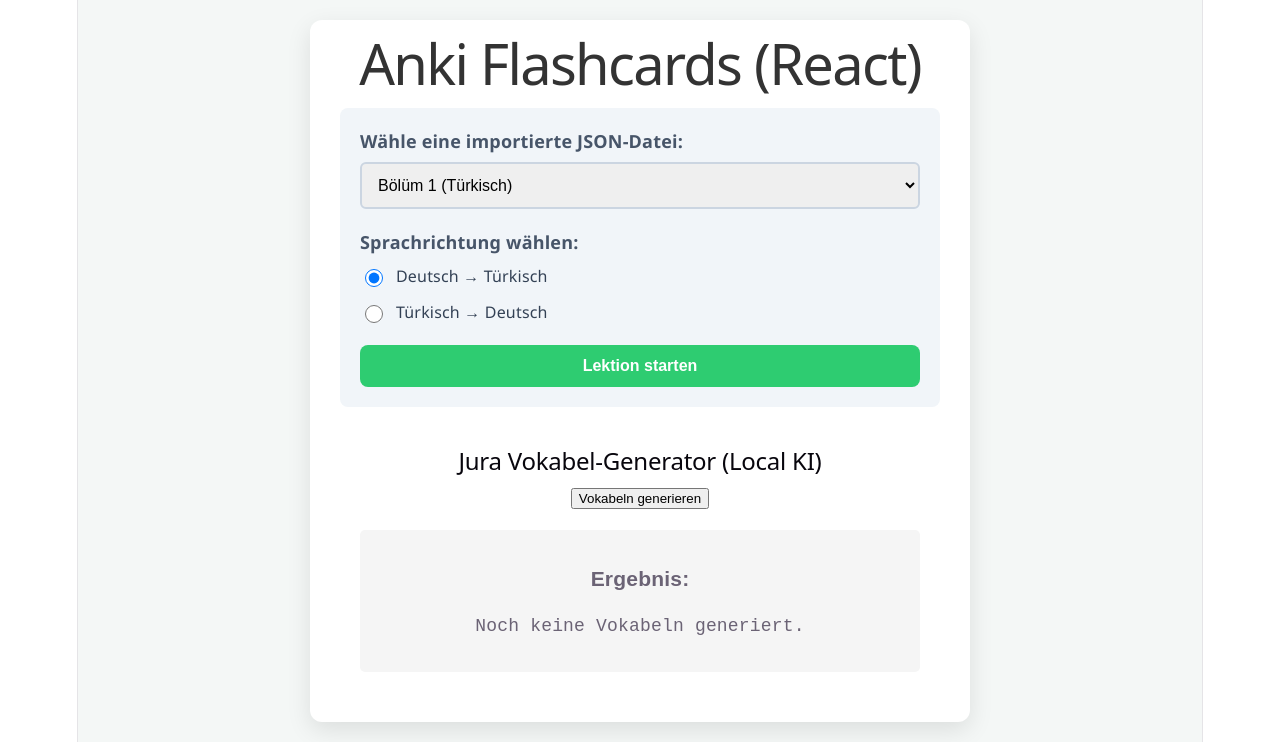
Repository: NoelPreissler/AnkiApp
Page: /
An editor plug-in stored every save of this project. The page is shown before and after the next save, followed by the edit.
The browser window is 1280 px wide. The pictures show the whole page.
The project was rebuilt for these pictures with package versions that can differ from the ones it lists, and the page was loaded fresh each time. Also part of the build but not shown: vite.config.js.

Above is the page before, as saved 2026-06-21 14:53:19.

### index.html
<!doctype html>
<html lang="en">
  <head>
    <meta charset="UTF-8" />
    <link rel="icon" type="image/svg+xml" href="/favicon.svg" />
    <meta name="viewport" content="width=device-width, initial-scale=1.0" />
    <title>my-app</title>
  </head>
  <body>
    <div id="root"></div>
    <script type="module" src="/src/main.jsx"></script>
  </body>
</html>

### src/index.css
:root {
  --text: #6b6375;
  --text-h: #08060d;
  --bg: #fff;
  --border: #e5e4e7;
  --code-bg: #f4f3ec;
  --accent: #aa3bff;
  --accent-bg: rgba(170, 59, 255, 0.1);
  --accent-border: rgba(170, 59, 255, 0.5);
  --social-bg: rgba(244, 243, 236, 0.5);
  --shadow:
    rgba(0, 0, 0, 0.1) 0 10px 15px -3px, rgba(0, 0, 0, 0.05) 0 4px 6px -2px;

  --sans: system-ui, 'Segoe UI', Roboto, sans-serif;
  --heading: system-ui, 'Segoe UI', Roboto, sans-serif;
  --mono: ui-monospace, Consolas, monospace;

  font: 18px/145% var(--sans);
  letter-spacing: 0.18px;
  color-scheme: light dark;
  color: var(--text);
  background: var(--bg);
  font-synthesis: none;
  text-rendering: optimizeLegibility;
  -webkit-font-smoothing: antialiased;
  -moz-osx-font-smoothing: grayscale;

  @media (max-width: 1024px) {
    font-size: 16px;
  }
}

@media (prefers-color-scheme: dark) {
  :root {
    --text: #9ca3af;
    --text-h: #f3f4f6;
    --bg: #16171d;
    --border: #2e303a;
    --code-bg: #1f2028;
    --accent: #c084fc;
    --accent-bg: rgba(192, 132, 252, 0.15);
    --accent-border: rgba(192, 132, 252, 0.5);
    --social-bg: rgba(47, 48, 58, 0.5);
    --shadow:
      rgba(0, 0, 0, 0.4) 0 10px 15px -3px, rgba(0, 0, 0, 0.25) 0 4px 6px -2px;
  }

  #social .button-icon {
    filter: invert(1) brightness(2);
  }
}

body {
  margin: 0;
}

#root {
  width: 1126px;
  max-width: 100%;
  margin: 0 auto;
  text-align: center;
  border-inline: 1px solid var(--border);
  min-height: 100svh;
  display: flex;
  flex-direction: column;
  box-sizing: border-box;
}

h1,
h2 {
  font-family: var(--heading);
  font-weight: 500;
  color: var(--text-h);
}

h1 {
  font-size: 56px;
  letter-spacing: -1.68px;
  margin: 32px 0;
  @media (max-width: 1024px) {
    font-size: 36px;
    margin: 20px 0;
  }
}
h2 {
  font-size: 24px;
  line-height: 118%;
  letter-spacing: -0.24px;
  margin: 0 0 8px;
  @media (max-width: 1024px) {
    font-size: 20px;
  }
}
p {
  margin: 0;
}

code,
.counter {
  font-family: var(--mono);
  display: inline-flex;
  border-radius: 4px;
  color: var(--text-h);
}

code {
  font-size: 15px;
  line-height: 135%;
  padding: 4px 8px;
  background: var(--code-bg);
}

### src/App.jsx
import React, { useState, useEffect } from 'react';
// Hier importierst du all deine JSON-Dateien direkt!
import VokabelGenerator from './KIVocabs';
import juraVocabs from './bolum1.json';
import ela from './bolum2.json';
import drei from './bolum3.json'

// Ein zentrales Objekt, das alle deine Lektionen bündelt
const LEKTIONEN = {
  'Bölüm 1 (Türkisch)': juraVocabs,
  'Ela Vokabeln': ela,
  'Intermediate': drei
  // 'Lektion 2': lektion2Vocabs, <-- Hier einfach weitere hinzufügen
};

export default function App() {
  const [selectedLektion, setSelectedLektion] = useState(Object.keys(LEKTIONEN)[0]);
  // Neue State-Variable für die Richtung: 'de-tr' oder 'tr-de'
  const [richtung, setRichtung] = useState('de-tr');
  const [deck, setDeck] = useState([]);
  const [currentIndex, setCurrentIndex] = useState(0);
  const [isShowingAnswer, setIsShowingAnswer] = useState(false);
  const [quizStarted, setQuizStarted] = useState(false);
  const [initialCount, setInitialCount] = useState(0);

  // Fortschritt aus dem LocalStorage wiederherstellen, falls vorhanden
  useEffect(() => {
    const savedDeck = localStorage.getItem('anki_react_deck');
    if (savedDeck) {
      const parsed = JSON.parse(savedDeck);
      if (parsed.length > 0) {
        setDeck(parsed);
        setQuizStarted(true);
        setInitialCount(parseInt(localStorage.getItem('anki_react_total') || parsed.length));
      }
    }
  }, []);

  // Startet das Quiz mit der ausgewählten JSON-Lektion und Richtung
  const handleStartQuiz = () => {
    const rawData = LEKTIONEN[selectedLektion];
    if (!rawData || rawData.length === 0) return;

    // Normalisieren und Richtung berücksichtigen
    const normalizedDeck = rawData.map(item => {
      const originalVorn = item.vorn || Object.values(item)[0];
      const originalHinten = item.hinten || Object.values(item)[1];

      // Wenn 'tr-de' gewählt ist, tauschen wir einfach vorn und hinten
      return {
        vorn: richtung === 'tr-de' ? originalHinten : originalVorn,
        hinten: richtung === 'tr-de' ? originalVorn : originalHinten
      };
    });

    setDeck(normalizedDeck);
    setInitialCount(normalizedDeck.length);
    setCurrentIndex(0);
    setIsShowingAnswer(false);
    setQuizStarted(true);

    localStorage.setItem('anki_react_deck', JSON.stringify(normalizedDeck));
    localStorage.setItem('anki_react_total', normalizedDeck.length.toString());
  };

  // Karte war falsch -> wird ans Ende des Stapels geschoben
  const handleWrong = () => {
    const updatedDeck = [...deck];
    const currentCard = updatedDeck.splice(currentIndex, 1)[0];
    updatedDeck.push(currentCard); // hinten anhängen

    setDeck(updatedDeck);
    setIsShowingAnswer(false);
    localStorage.setItem('anki_react_deck', JSON.stringify(updatedDeck));
  };

  // Karte war richtig -> fliegt aus dem Stapel
  const handleCorrect = () => {
    const updatedDeck = [...deck];
    updatedDeck.splice(currentIndex, 1);

    setDeck(updatedDeck);
    setIsShowingAnswer(false);
    localStorage.setItem('anki_react_deck', JSON.stringify(updatedDeck));
  };

  const handleReset = () => {
    if (window.confirm("Möchtest du das aktuelle Deck beenden und zur Auswahl zurückkehren?")) {
      localStorage.removeItem('anki_react_deck');
      localStorage.removeItem('anki_react_total');
      setQuizStarted(false);
      setDeck([]);
    }
  };

  // Hilfsvariablen für die UI
  const currentCard = deck[currentIndex];
  const progressPercentage = initialCount > 0 ? ((initialCount - deck.length) / initialCount) * 100 : 100;

  return (
    <div style={styles.body}>
      {!quizStarted ? (
        /* SETUP VIEW */
        <div style={styles.container}>
          <h1 style={styles.title}>Anki Flashcards (React)</h1>
          <div style={styles.selectBox}>
            <label style={{ fontWeight: 'bold', color: '#475569', display: 'block', marginBottom: '8px' }}>
              Wähle eine importierte JSON-Datei:
            </label>
            <select
              value={selectedLektion}
              onChange={(e) => setSelectedLektion(e.target.value)}
              style={styles.select}
            >
              {Object.keys(LEKTIONEN).map(name => (
                <option key={name} value={name}>{name}</option>
              ))}
            </select>

            {/* NEU: Sprachauswahl */}
            <label style={{ fontWeight: 'bold', color: '#475569', display: 'block', marginBottom: '8px', marginTop: '15px' }}>
              Sprachrichtung wählen:
            </label>
            <div style={styles.radioContainer}>
              <label style={styles.radioLabel}>
                <input
                  type="radio"
                  name="richtung"
                  value="de-tr"
                  checked={richtung === 'de-tr'}
                  onChange={() => setRichtung('de-tr')}
                  style={styles.radioInput}
                />
                Deutsch → Türkisch
              </label>
              <label style={styles.radioLabel}>
                <input
                  type="radio"
                  name="richtung"
                  value="tr-de"
                  checked={richtung === 'tr-de'}
                  onChange={() => setRichtung('tr-de')}
                  style={styles.radioInput}
                />
                Türkisch → Deutsch
              </label>
            </div>

            <button onClick={handleStartQuiz} style={{ ...styles.button, backgroundColor: '#2ecc71', marginTop: '20px' }}>
              Lektion starten
            </button>
          </div>
          <VokabelGenerator/>
        </div>
      ) : (
        /* QUIZ VIEW */
        <div style={styles.container}>
          <h2>{isShowingAnswer ? 'Antwort' : 'Frage'}</h2>

          <div
            onClick={() => !isShowingAnswer && setIsShowingAnswer(true)}
            style={{
              ...styles.card,
              backgroundColor: isShowingAnswer ? '#fffdf0' : '#f9f9f9',
              borderColor: isShowingAnswer ? '#f1c40f' : '#eee'
            }}
          >
            {deck.length === 0 ? (
              <span style={{ fontSize: '24px' }}>🎉 Alles gelernt! Super Job.</span>
            ) : (
              isShowingAnswer ? currentCard.hinten : currentCard.vorn
            )}
          </div>

          {deck.length > 0 && !isShowingAnswer && (
            <button onClick={() => setIsShowingAnswer(true)} style={styles.button}>
              Antwort aufdecken
            </button>
          )}

          {deck.length > 0 && isShowingAnswer && (
            <div style={styles.actionButtons}>
              <button onClick={handleWrong} style={{ ...styles.button, backgroundColor: '#e74c3c' }}>
                Falsch ❌
              </button>
              <button onClick={handleCorrect} style={{ ...styles.button, backgroundColor: '#2ecc71' }}>
                Gewusst! ✅
              </button>
            </div>
          )}

          <div style={styles.progressBar}>
            <div style={{ ...styles.progress, width: `${progressPercentage}%` }}></div>
          </div>
          <div style={styles.stats}>{deck.length} Karten verbleibend</div>

          <button onClick={handleReset} style={styles.resetBtn}>
            Zurück zur Übersicht
          </button>
        </div>
      )}
    </div>
  );
}

// Inline Styles
const styles = {
  body: {
    fontFamily: "'Segoe UI', Roboto, sans-serif",
    backgroundColor: '#f4f7f6',
    minHeight: '100vh',
    display: 'flex',
    justifyContent: 'center',
    alignItems: 'center',
    padding: '20px',
    boxSizing: 'border-box'
  },
  container: {
    width: '100%',
    maxWidth: '600px',
    backgroundColor: '#ffffff',
    padding: '30px',
    borderRadius: '12px',
    boxShadow: '0 8px 24px rgba(0,0,0,0.1)',
    textAlign: 'center'
  },
  title: { marginTop: 0, color: '#333' },
  selectBox: { margin: '20px 0', padding: '20px', backgroundColor: '#f1f5f9', borderRadius: '8px', textAlign: 'left' },
  select: { width: '100%', padding: '12px', borderRadius: '6px', border: '2px solid #cbd5e1', fontSize: '16px', marginBottom: '5px' },
  radioContainer: { display: 'flex', flexDirection: 'column', gap: '10px', marginTop: '5px' },
  radioLabel: { display: 'flex', alignItems: 'center', gap: '10px', fontSize: '16px', color: '#334155', cursor: 'pointer' },
  radioInput: { width: '18px', height: '18px', cursor: 'pointer' },
  button: { width: '100%', padding: '12px', backgroundColor: '#4a90e2', color: 'white', border: 'none', borderRadius: '8px', fontSize: '16px', fontWeight: 'bold', cursor: 'pointer', transition: 'opacity 0.2s' },
  card: { minHeight: '120px', border: '2px solid', borderRadius: '10px', padding: '30px 20px', margin: '20px 0', fontSize: '24px', fontWeight: 'bold', display: 'flex', alignItems: 'center', justifyContent: 'center', cursor: 'pointer', userSelect: 'none', textAlign: 'center' },
  actionButtons: { display: 'grid', gridTemplateColumns: '1fr 1fr', gap: '15px' },
  progressBar: { backgroundColor: '#eee', borderRadius: '5px', height: '10px', width: '100%', marginTop: '20px', overflow: 'hidden' },
  progress: { backgroundColor: '#2ecc71', height: '100%', transition: 'width 0.3s' },
  stats: { fontSize: '14px', color: '#666', marginTop: '5px', textAlign: 'center' },
  resetBtn: { backgroundColor: '#7f8c8d', color: 'white', border: 'none', borderRadius: '6px', fontSize: '12px', padding: '6px 12px', marginTop: '30px', cursor: 'pointer', display: 'inline-block' }
};

### src/KIVocabs.jsx
import React, { useState } from 'react';

export default function VokabelGenerator() {
  const [loading, setLoading] = useState(false);
  const [response, setResponse] = useState('');

  const holeVokabeln = async () => {
    setLoading(true);
    setResponse('');

    try {
      const res = await fetch('http://localhost:11434/api/generate', {
        method: 'POST',
        headers: {
          'Content-Type': 'application/json',
        },
        body: JSON.stringify({
          model: 'qwen2.5:7b', // Dein blitzschnelles Modell
          prompt: 'Gib mir 5 Jura-Vokabeln auf Türkisch und Deutsch als JSON-Array.',
          stream: false, // Wichtig: Wartet, bis die Antwort komplett fertig ist
        }),
      });

      const data = await res.json();
      setResponse(data.response);
    } catch (error) {
      console.error('Fehler beim Laden der KI:', error);
      setResponse('Fehler: Konnte Verbindung zu Ollama nicht herstellen.');
    } finally {
      setLoading(false);
    }
  };

  return (
    <div style={{ padding: '20px', fontFamily: 'sans-serif' }}>
      <h2>Jura Vokabel-Generator (Local KI)</h2>
      <button onClick={holeVokabeln} disabled={loading}>
        {loading ? 'KI überlegt...' : 'Vokabeln generieren'}
      </button>

      <div style={{ marginTop: '20px', background: '#f5f5f5', padding: '15px', borderRadius: '5px' }}>
        <h3>Ergebnis:</h3>
        <pre style={{ whiteSpace: 'pre-wrap' }}>
          {response || 'Noch keine Vokabeln generiert.'}
        </pre>
      </div>
    </div>
  );
}

### src/bolum1.json
[
  { "vorn": "müsteşar", "hinten": "Staatssekretär" },
  { "vorn": "İçişleri Bakanlığı", "hinten": "Innenministerium" },
  { "vorn": "yedek Hakim", "hinten": "Stellvertretender Richter / Ersatzrichter" },
  { "vorn": "Bilindiği gibi", "hinten": "Wie allseits bekannt ist / Wie Sie wissen" },
  { "vorn": "yasa dışı", "hinten": "Illegal / gesetzwidrig" },
  { "vorn": "ileri sürmek", "hinten": "behaupten / vorbringen" },
  { "vorn": "tehdit ve şantaj yoluyla", "hinten": "durch (auf dem Wege von) Drohung und Erpressung" },
  { "vorn": "para sızdırmak", "hinten": "Geld erpressen" },
  { "vorn": "teşekkül oluşturmak", "hinten": "eine (kriminelle) Vereinigung / Bande gründen" },
  { "vorn": "iddiasıyla", "hinten": "mit der Behauptung / unter dem Vorwurf" },
  { "vorn": "soruşturma açılmıştı", "hinten": "eine Ermittlung/Untersuchung war eingeleitet worden" },
  { "vorn": "iddia", "hinten": "Behauptung" },
  { "vorn": "üzerinde durmak", "hinten": "auf etwas beharren, etwas thematisieren" },
  { "vorn": "söz konusu kişiler", "hinten": "die besagten Personen" },
  { "vorn": "bu suretle", "hinten": "auf diese Art und Weise" },
  { "vorn": "aksi halde", "hinten": "andernfalls" },
  { "vorn": "yönelik", "hinten": "gerichtet an / gegen" },
  { "vorn": "reddetmek", "hinten": "ablehnen" },
  { "vorn": "düzmece", "hinten": "gefälscht, pseudo" },
  { "vorn": "iftira", "hinten": "Verleumdung, Unterstellung" },
  { "vorn": "İstedikleri zaman ifade vermeye hazırız.", "hinten": "Wir sind bereit, jederzeit eine Erklärung abzugeben, wenn sie dies wünschen." },
  { "vorn": "iletişim", "hinten": "Kommunikation" },
  { "vorn": "fuar", "hinten": "Ausstellung / Messe" },
  { "vorn": "patırtı", "hinten": "lautes Geräusch" },
  { "vorn": "çevirmek", "hinten": "umdrehen / abfangen (çevirme var = Polizeikontrolle)" },
  { "vorn": "araç", "hinten": "Fahrzeug / Mittel" },
  { "vorn": "şantiye", "hinten": "Baustelle" },
  { "vorn": "gidişat", "hinten": "Verlauf" },
  { "vorn": "Allah taksiratını affetsin", "hinten": "Gott möge ihm/ihr verzeihen" },
  { "vorn": "uluslararası", "hinten": "International" },
  { "vorn": "uluslararası uyuşturucu kaçakçılığı", "hinten": "internationaler Drogenschmuggel" },
  { "vorn": "karıştığı iddiasıyla", "hinten": "unter dem Vorwurf der Verwicklung" },
  { "vorn": "sıkça gündeme gelmesine rağmen", "hinten": "obwohl es häufig auf die Tagesordnung kam / Thema war" },
  { "vorn": "gündeme gelmek", "hinten": "Thema werden / in den Fokus rücken" },
  { "vorn": "takipsizlik kararı", "hinten": "Die Einstellungsverfügung" },
  { "vorn": "faaliyet", "hinten": "Aktivität" },
  { "vorn": "temas", "hinten": "Berührung / Kontakt" },
  { "vorn": "emniyet", "hinten": "Sicherheit / Vertrauen" },
  { "vorn": "yetki", "hinten": "Zuständigkeit / Berechtigung" },
  { "vorn": "çırak", "hinten": "Lehrling" },
  { "vorn": "çapraz ateş", "hinten": "Kreuzfeuer" },
  { "vorn": "silahlı saldırı", "hinten": "bewaffneter Angriff" },
  { "vorn": "mahkumiyet kararı", "hinten": "Verurteilung" },
  { "vorn": "soruşturma takipsizlikle sonuçlanmak", "hinten": "Ermittlung wird eingestellt" },
  { "vorn": "köstebek", "hinten": "Maulwurf" },
  { "vorn": "siyaset", "hinten": "Politik" },
  { "vorn": "sanat", "hinten": "Kunst" },
  { "vorn": "acayip", "hinten": "seltsam" },
  { "vorn": "metanet", "hinten": "Widerstandskraft" },
  { "vorn": "kaydırmak", "hinten": "wegschieben, versetzen" },
  { "vorn": "girişimci", "hinten": "Unternehmer" },
  { "vorn": "tedbirsizlik", "hinten": "Unvorsichtigkeit" }
]

### src/bolum2.json
[
  { "vorn": "anne", "hinten": "Mama" },
  { "vorn": "baba", "hinten": "Papa" },
  { "vorn": "su", "hinten": "Wasser" },
  { "vorn": "süt", "hinten": "Milch" },
  { "vorn": "mama", "hinten": "Babybrei / Essen" },
  { "vorn": "kedi", "hinten": "Katze" },
  { "vorn": "köpek", "hinten": "Hund" },
  { "vorn": "kuş", "hinten": "Vogel" },
  { "vorn": "oyuncak", "hinten": "Spielzeug" },
  { "vorn": "top", "hinten": "Ball" },
  { "vorn": "araba", "hinten": "Auto" },
  { "vorn": "kitap", "hinten": "Buch" },
  { "vorn": "emzik", "hinten": "Schnuller" },
  { "vorn": "uyku", "hinten": "Schlaf" },
  { "vorn": "bebek", "hinten": "Baby" },
  { "vorn": "dede", "hinten": "Opa" },
  { "vorn": "büyükanne", "hinten": "Oma" },
  { "vorn": "elma", "hinten": "Apfel" },
  { "vorn": "muz", "hinten": "Banane" },
  { "vorn": "ekmek", "hinten": "Brot" },
  { "vorn": "çiçek", "hinten": "Blume" },
  { "vorn": "güneş", "hinten": "Sonne" },
  { "vorn": "ay", "hinten": "Mond" },
  { "vorn": "ev", "hinten": "Haus" },
  { "vorn": "park", "hinten": "Spielplatz / Park" },
  { "vorn": "ayakkabı", "hinten": "Schuhe" },
  { "vorn": "çorap", "hinten": "Socken" },
  { "vorn": "göz", "hinten": "Auge" },
  { "vorn": "burun", "hinten": "Nase" },
  { "vorn": "kulak", "hinten": "Ohr" },
  { "vorn": "ağız", "hinten": "Mund" },
  { "vorn": "el", "hinten": "Hand" },
  { "vorn": "ayak", "hinten": "Fuß" },
  { "vorn": "büyük", "hinten": "groß" },
  { "vorn": "küçük", "hinten": "klein" },
  { "vorn": "sıcak", "hinten": "heiß" },
  { "vorn": "soğuk", "hinten": "kalt" },
  { "vorn": "dur", "hinten": "stopp / halt" },
  { "vorn": "gel", "hinten": "komm" },
  { "vorn": "git", "hinten": "geh" },
  { "vorn": "bak", "hinten": "schau" },
  { "vorn": "ye", "hinten": "iss" },
  { "vorn": "iç", "hinten": "trink" },
  { "vorn": "at", "hinten": "Pferd (oder als Verb: wirf)" },
  { "vorn": "tavşan", "hinten": "Hase" },
  { "vorn": "balık", "hinten": "Fisch" },
  { "vorn": "aynalar", "hinten": "Spiegel" },
  { "vorn": "çuff çuff", "hinten": "Eisenbahn / Zug" },
  { "vorn": "bıcı bıcı", "hinten": "Baden / Badewanne (Kindersprache)" },
  { "vorn": "ceeeee-e!", "hinten": "Kuckuck-Spiel!" }
]

### src/bolum3.json
[
  { "vorn": "farkındalık", "hinten": "Bewusstsein / Achtsamkeit" },
  { "vorn": "ön yargı", "hinten": "Vorurteil" },
  { "vorn": "hayal kırıklığı", "hinten": "Enttäuschung" },
  { "vorn": "kararsızlık", "hinten": "Unentschlossenheit / Zögern" },
  { "vorn": "hoşgörü", "hinten": "Toleranz / Nachsicht" },
  { "vorn": "fedakarlık", "hinten": "Opferbereitschaft / Aufopferung" },
  { "vorn": "sorumluluk", "hinten": "Verantwortung" },
  { "vorn": "özgüven", "hinten": "Selbstvertrauen" },
  { "vorn": "çelişki", "hinten": "Widerspruch" },
  { "vorn": "olası", "hinten": "wahrscheinlich / möglich" },
  { "vorn": "önlem almak", "hinten": "Maßnahmen ergreifen / Vorsorge treffen" },
  { "vorn": "idare etmek", "hinten": "verwalten / managen (auch: zurechtkommen mit etwas)" },
  { "vorn": "göz ardı etmek", "hinten": "ignorieren / außer Acht lassen" },
  { "vorn": "uyum sağlamak", "hinten": "sich anpassen / integrieren" },
  { "vorn": "vurgulamak", "hinten": "betonen / hervorheben" },
  { "vorn": "şaşkınlık", "hinten": "Verblüffung / Erstaunen" },
  { "vorn": "tesadüf", "hinten": "Zufall" },
  { "vorn": "kararlılık", "hinten": "Entschlossenheit" },
  { "vorn": "küçümsemek", "hinten": "unterschätzen / herabsehen auf" },
  { "vorn": "abartmak", "hinten": "übertreiben" },
  { "vorn": "geçici", "hinten": "temporär / vorübergehend" },
  { "vorn": "kalıcı", "hinten": "dauerhaft / permanent" },
  { "vorn": "şüphelenmek", "hinten": "verdächtigen / anzweifeln" },
  { "vorn": "mantıklı", "hinten": "logisch / vernünftig" },
  { "vorn": "samimi", "hinten": "aufrichtig / herzlich / familiär" },
  { "vorn": "zahmet etmek", "hinten": "sich Mühe machen / sich Umstände machen" },
  { "vorn": "Gözünü seveyim", "hinten": "Ich bitte dich inständig (wörtlich: Lass mich deine Augen lieben)" },
  { "vorn": "kulak misafiri olmak", "hinten": "zufällig belauschen / mitanhören" },
  { "vorn": "lafı uzatmak", "hinten": "lange um den heißen Brei herumreden" },
  { "vorn": "hayran kalmak", "hinten": "bewundern / fasziniert sein" }
]

Loaded but not shown: src/main.jsx (common file)

After the next save:
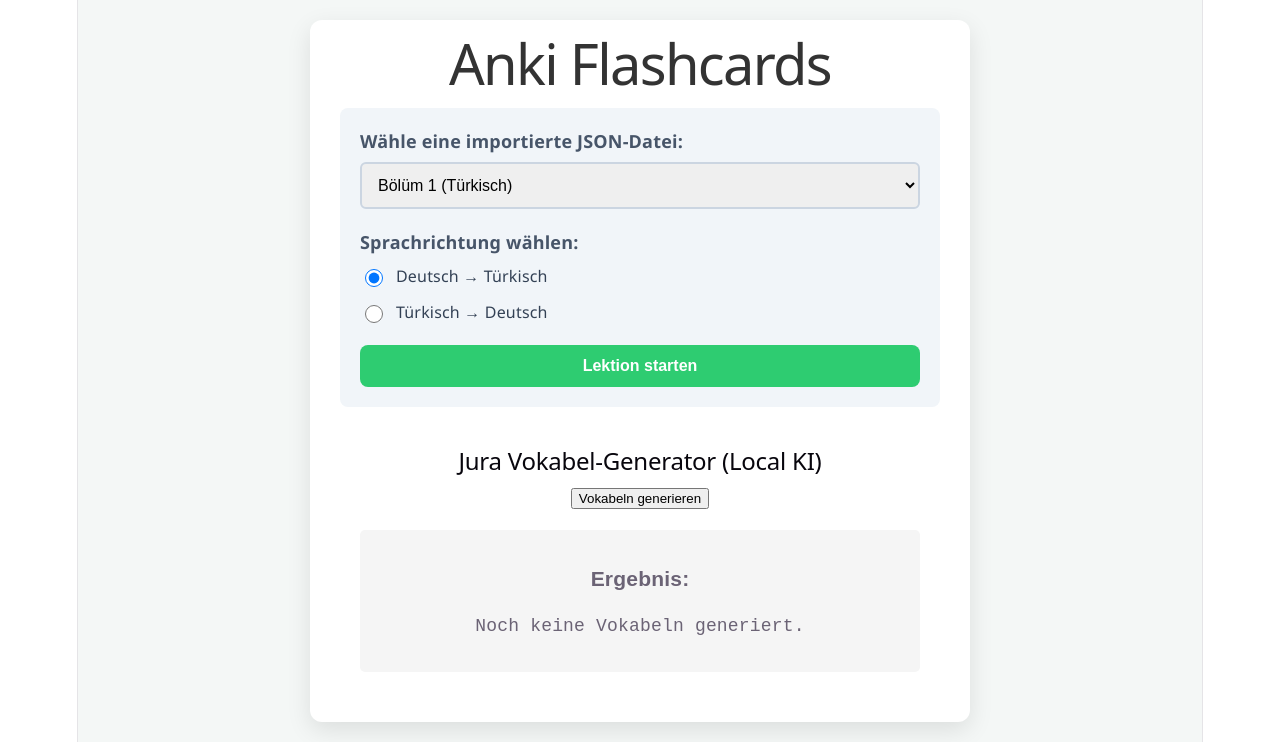
Saved 43 min 5 s later.
--- a/src/App.jsx
+++ b/src/App.jsx
@@ -102,7 +102,7 @@
       {!quizStarted ? (
         /* SETUP VIEW */
         <div style={styles.container}>
-          <h1 style={styles.title}>Anki Flashcards (React)</h1>
+          <h1 style={styles.title}>Anki Flashcards</h1>
           <div style={styles.selectBox}>
             <label style={{ fontWeight: 'bold', color: '#475569', display: 'block', marginBottom: '8px' }}>
               Wähle eine importierte JSON-Datei:
